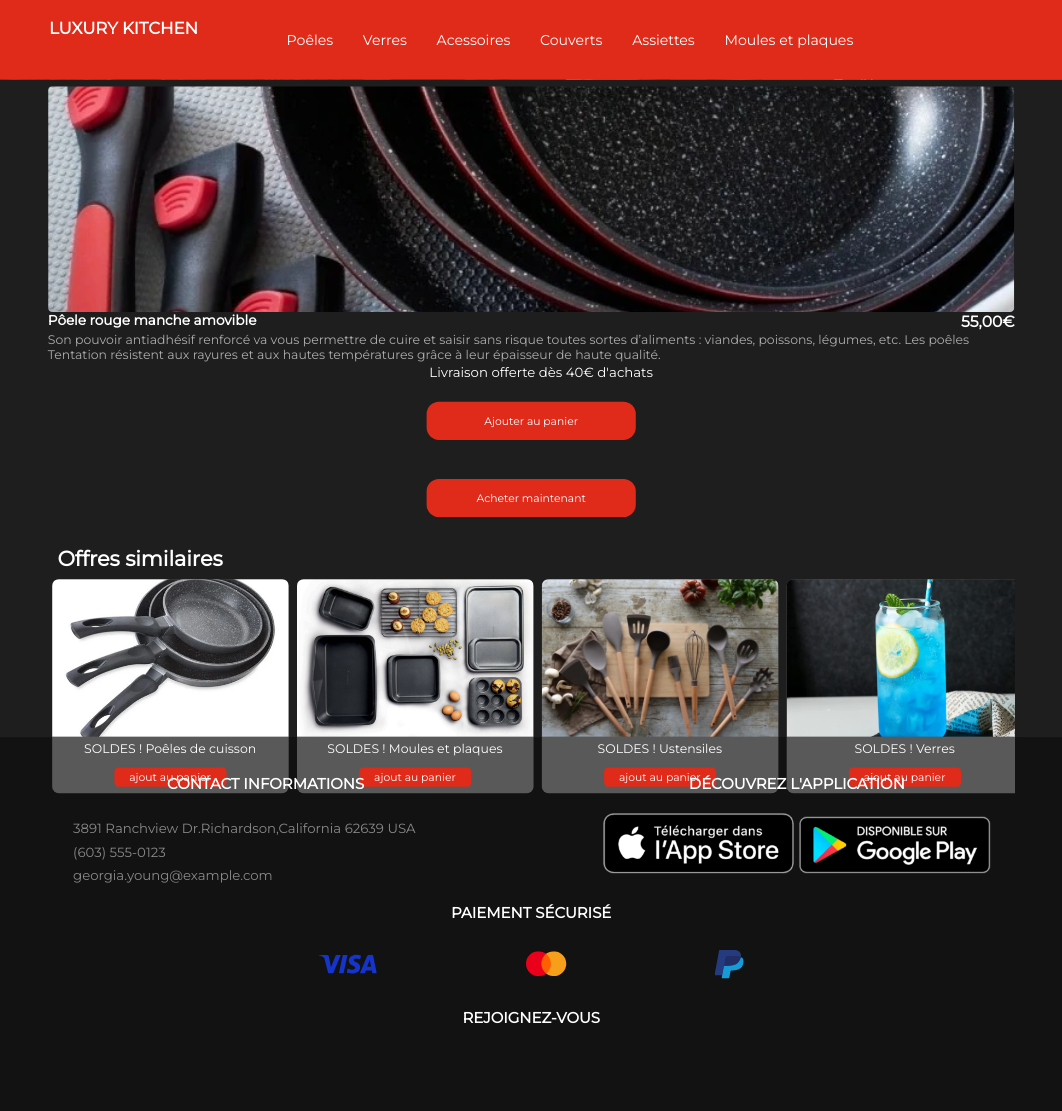
Repository: Juannpl/Luxury-Kicthen
Page: html/page_produits.html
These files come from the project's save history. The page is drawn as it stood at one moment and after a run of saves; the edit follows.
The browser window is 1280 px wide. The pictures show the whole page, at 83% of full size.
Some icons come from a web library that is not loaded, so they are not drawn.

Above is the page before, as saved 2023-02-15 15:25:06.

After the next 6 saves:
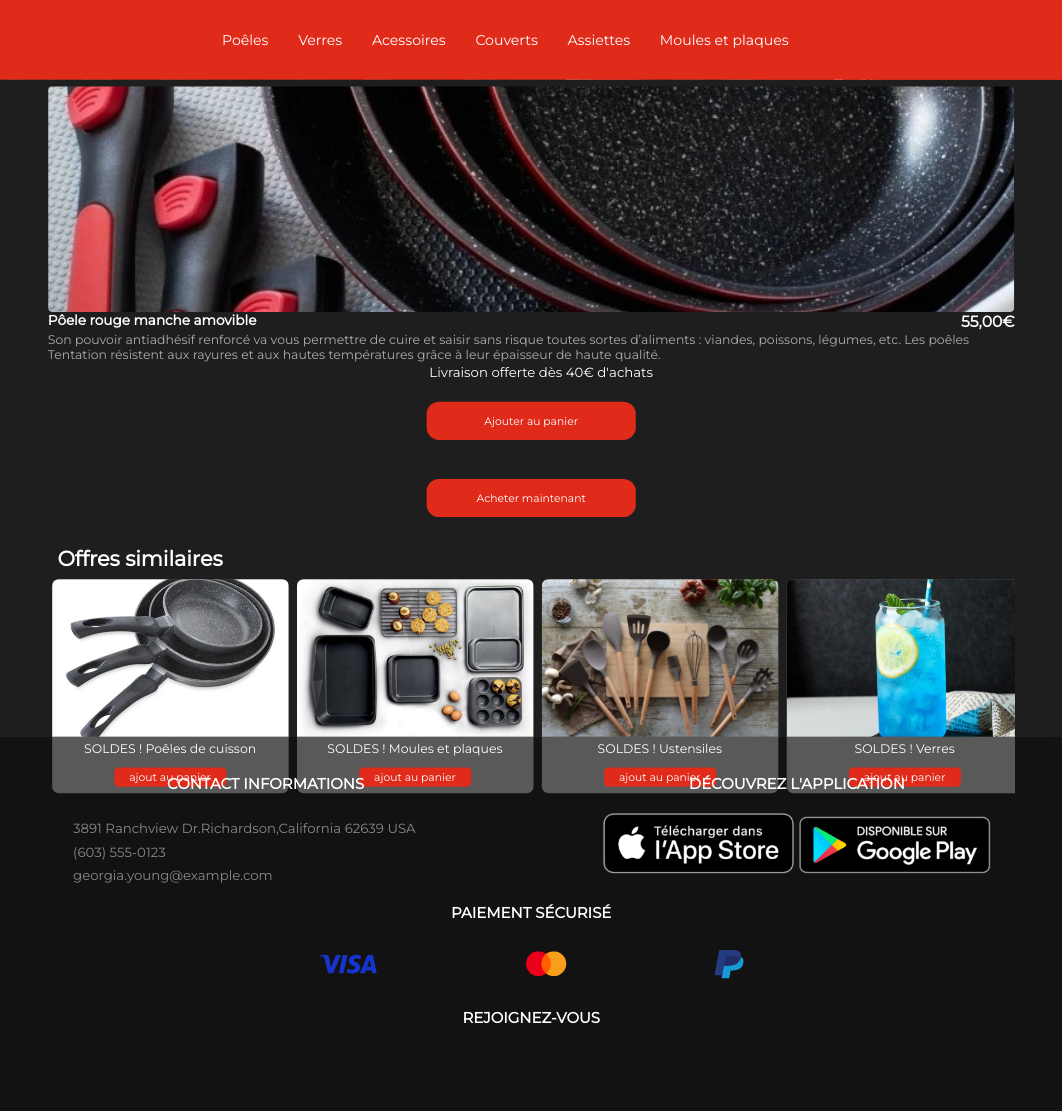
The 6 saves are shown as one change because they came seconds apart.
The last was saved 42 s later.
--- a/css/page_produits.css
+++ b/css/page_produits.css
@@ -60,6 +60,10 @@
     padding-left: 5%;
 }
 
+.logo p{
+    display: none;
+}
+
 .barre_categorie{
     display: none;
 }
